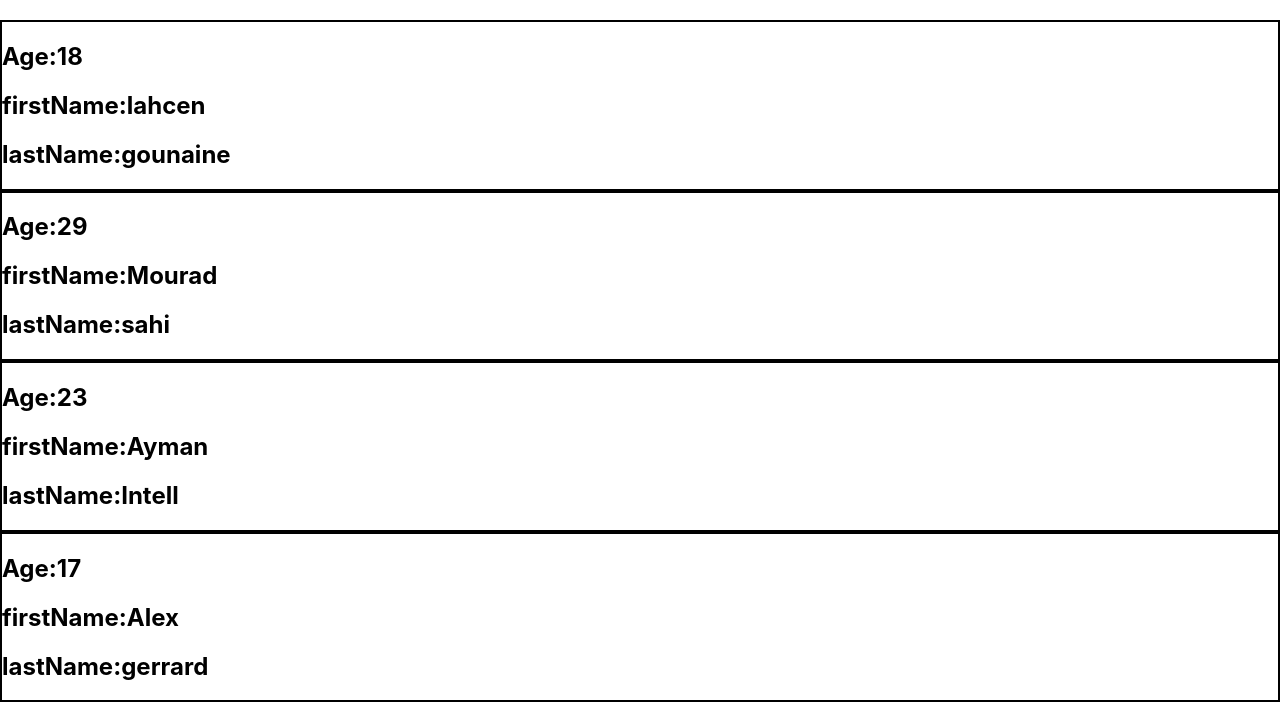
Repository: gounaine/Add_candidat
Page: /
The author's editor kept a copy of each file at every save. The page is drawn from the files as they stood at one save, then again after the next save.
The browser window is 1280 px wide. The pictures show the whole page.
The project was rebuilt for these pictures with package versions that can differ from the ones it lists, and the page was loaded fresh each time.

Above is the page before, as saved 2024-05-26 19:39:00.

After the next save:
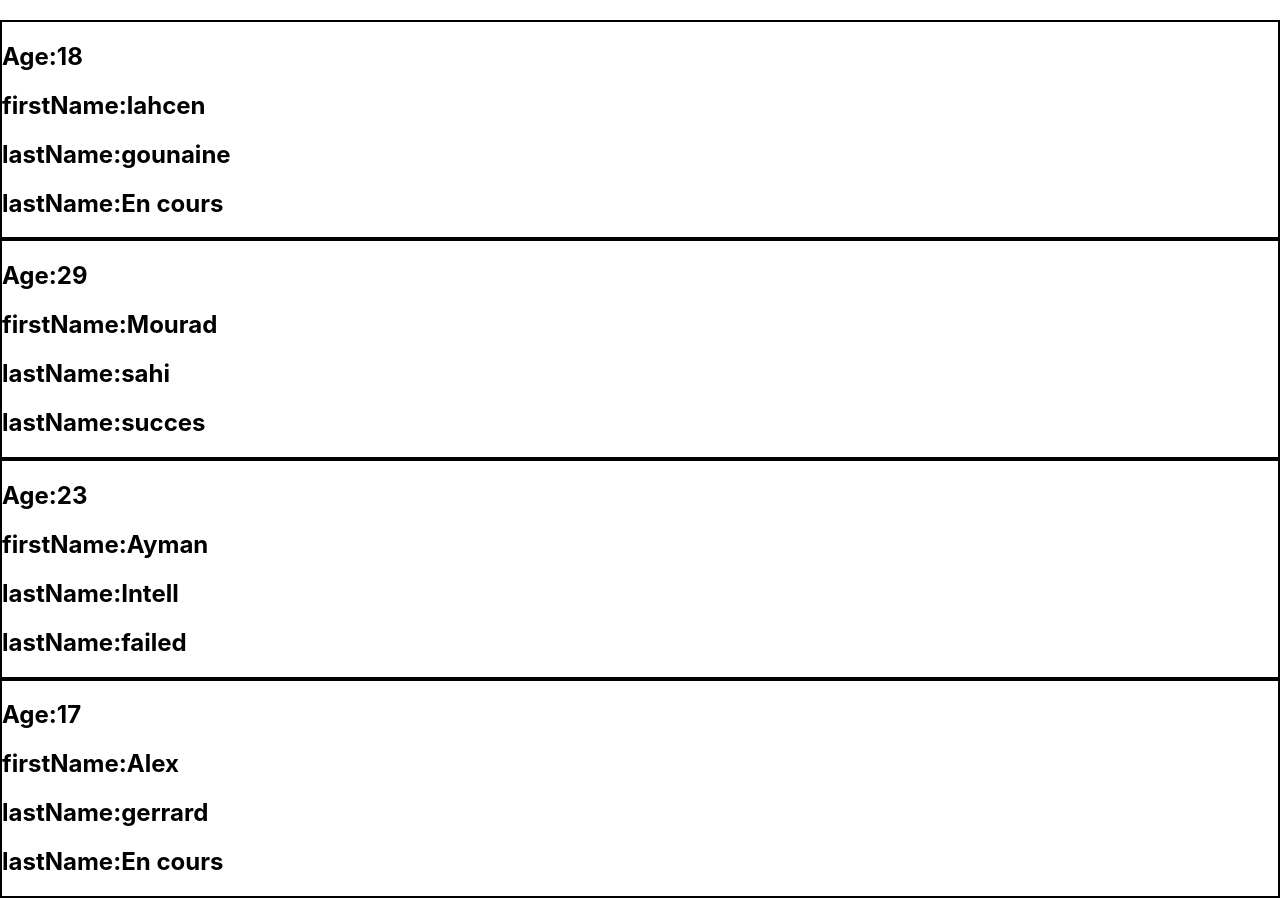
Saved 14 s later.
--- a/src/person.js
+++ b/src/person.js
@@ -5,6 +5,7 @@ return(
         <h2>Age:{Age}</h2>
         <h2>firstName:{firstName}</h2>
         <h2>lastName:{lastName}</h2>
+        <h2>lastName:{children}</h2>
    </div>
 
  </>
